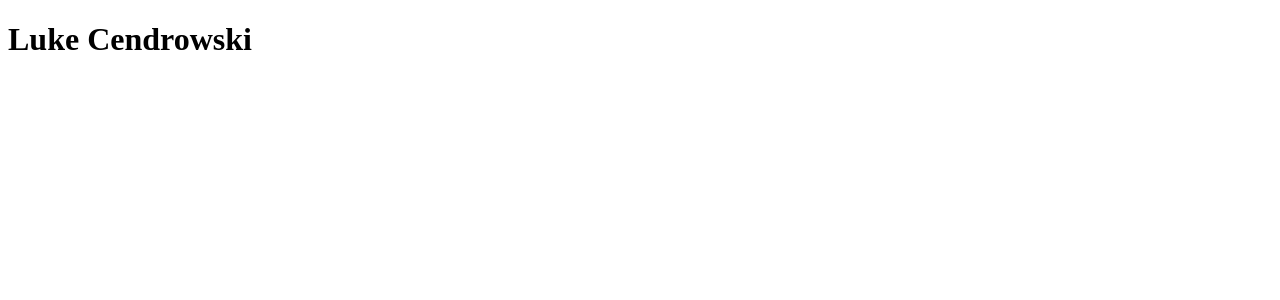
Repository: Isanderr/simple_landing_page-1
Page: index.html
The author's editor kept a copy of each file at every save. The page is drawn from the files as they stood at one save, then again after the next save.
The browser window is 1280 px wide. The pictures show the whole page.

Above is the page before, as saved 2019-01-28 21:31:58.

After the next save:
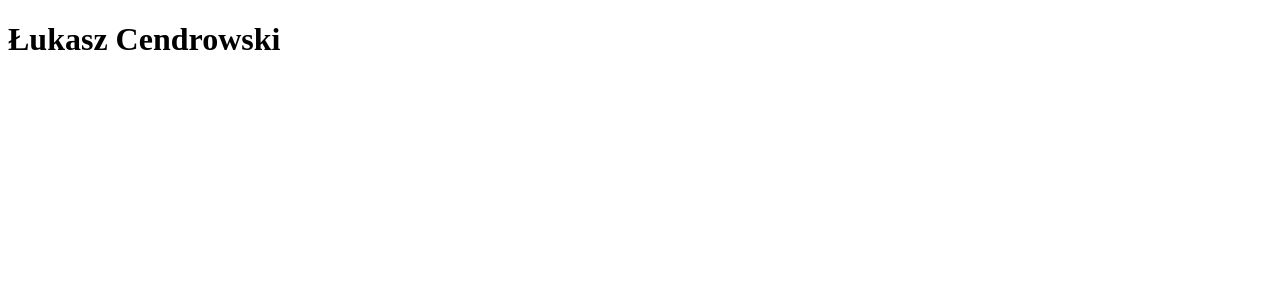
Saved 7 s later.
--- a/index.html
+++ b/index.html
@@ -9,7 +9,7 @@
     </head>
 
     <body>
-        <h1>Luke Cendrowski</h1>
+        <h1>Łukasz Cendrowski</h1>
     </body>
 
 </html>
